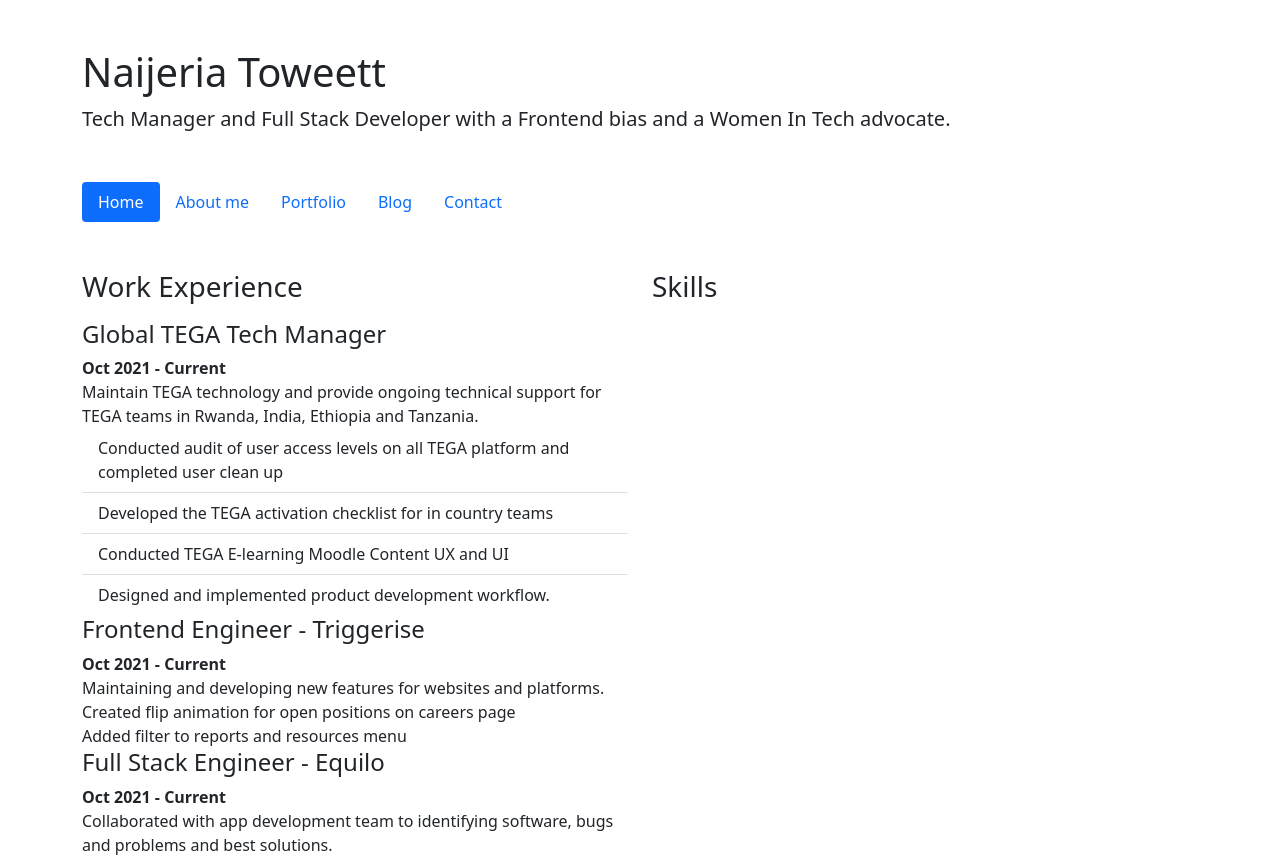
Repository: mamatechafrica/portfolio
Page: index.html
An editor plug-in stored every save of this project. The page is shown before and after a run of saves, followed by the edit.
The browser window is 1280 px wide. The pictures show the whole page.

Above is the page before, as saved 2022-01-04 16:15:02.

### index.html
<!doctype html>
<html lang="en">
    <head>
        <!-- Required meta tags -->
        <meta charset="utf-8">
        <meta name="viewport" content="width=device-width, initial-scale=1">

        <!-- Bootstrap CSS -->
        <link href="https://cdn.jsdelivr.net/npm/bootstrap@5.0.2/dist/css/bootstrap.min.css" rel="stylesheet" integrity="sha384-EVSTQN3/azprG1Anm3QDgpJLIm9Nao0Yz1ztcQTwFspd3yD65VohhpuuCOmLASjC" crossorigin="anonymous">

        <title>NashTheCoder portfolio</title>
    </head>
    <body>
        <div class="container my-5">
            <h1>Naijeria Toweett</h1>
            <p class="lead">
                Tech Manager and Full Stack Developer with a Frontend bias and a Women In Tech advocate.
            </p>
        </div>

        <div class="container">
            <nav>
                <ul class="nav nav-pills ">
                    <li class="nav-item">
                        <a class="nav-link active" aria-current="page" href="#">Home</a>
                    </li>
                    <li class="nav-item">
                        <a class="nav-link" href="#">About me</a>
                    </li>
                    <li class="nav-item">
                        <a class="nav-link" href="#">Portfolio</a>
                    </li>
                    <li class="nav-item">
                        <a class="nav-link" href="https://mumlovestech.com/" target="blank">Blog</a>
                    </li>
                    <li class="nav-item">
                        <a class="nav-link" href="#">Contact</a>
                    </li>
                </ul>
            </nav>
        </div>

        <div class="container mt-5">
            <div class="row">
                <div class="col">
                    <h3 class="mb-3">Work Experience</h3>

                    <h4>Global TEGA Tech Manager</h4>
                    <div>
                        <strong>Oct 2021 - Current</strong>
                    </div>
                        Maintain TEGA technology and provide ongoing technical support for
                        TEGA teams in Rwanda, India, Ethiopia and Tanzania.
                    <ul class="list-group list-group-flush">
                        <li class="list-group-item">Conducted audit of user access levels on all TEGA platform and completed user clean up</li>
                        <li class="list-group-item">Developed the TEGA activation checklist for in country teams</li>
                        <li class="list-group-item">Conducted TEGA E-learning Moodle Content UX and UI</li>
                        <li class="list-group-item">Designed and implemented product development workflow.</li>
                    </ul>
                    <!-- <h4>Girls In Tech Nairobi - Managing Director</h4>
                    <div>
                        <strong>Oct 2021 - Current</strong>
                    </div>
                        Engaging, educating and empowering women through TECH
                    <ul class="list-group list-group-flush">
                        <li class="list-group list-group-flush"></li>
                    </ul> -->
                    <h4>Frontend Engineer - Triggerise</h4>
                    <div>
                        <strong>Oct 2021 - Current</strong>
                    </div>
                        Maintaining and developing new features for websites and platforms.
                    <ul class="list-group list-group-flush">
                        <li class="list-group list-group-flush">Created flip animation for open positions on careers page</li>
                        <li class="list-group list-group-flush">Added filter to reports and resources menu</li>
                        <li class="list-group list-group-flush"></li>
                    </ul>
                    <h4>Full Stack Engineer - Equilo</h4>
                    <div>
                        <strong>Oct 2021 - Current</strong>
                    </div>
                        Collaborated with app development team to identifying software, bugs and problems and best solutions.
                    <ul class="list-group list-group-flush">
                        <li class="list-group list-group-flush"></li>
                    </ul>
                </div>
                <div class="col">
                    <h3 class="mb-3">Skills</h3>
                </div>
            </div>
        </div>

        <!-- Optional JavaScript; choose one of the two! -->

        <!-- Option 1: Bootstrap Bundle with Popper -->
        <script src="https://cdn.jsdelivr.net/npm/bootstrap@5.0.2/dist/js/bootstrap.bundle.min.js" integrity="sha384-MrcW6ZMFYlzcLA8Nl+NtUVF0sA7MsXsP1UyJoMp4YLEuNSfAP+JcXn/tWtIaxVXM" crossorigin="anonymous"></script>

        <!-- Option 2: Separate Popper and Bootstrap JS -->
        <!--
        <script src="https://cdn.jsdelivr.net/npm/@popperjs/core@2.9.2/dist/umd/popper.min.js" integrity="sha384-IQsoLXl5PILFhosVNubq5LC7Qb9DXgDA9i+tQ8Zj3iwWAwPtgFTxbJ8NT4GN1R8p" crossorigin="anonymous"></script>
        <script src="https://cdn.jsdelivr.net/npm/bootstrap@5.0.2/dist/js/bootstrap.min.js" integrity="sha384-cVKIPhGWiC2Al4u+LWgxfKTRIcfu0JTxR+EQDz/bgldoEyl4H0zUF0QKbrJ0EcQF" crossorigin="anonymous"></script>
        -->
    </body>
</html>

After the next 3 saves:
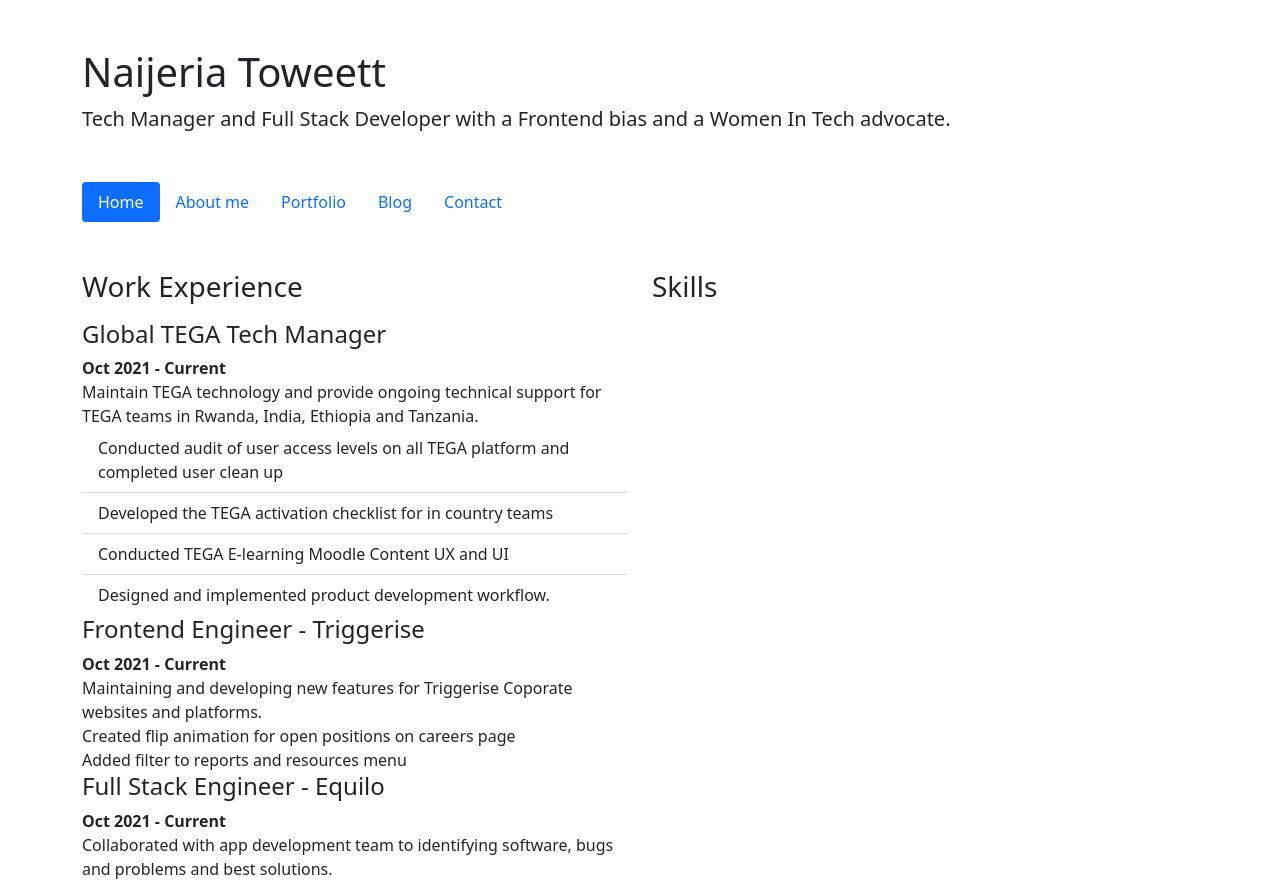
The 3 saves are shown as one change because they came seconds apart.
The last was saved 16 s later.
--- a/index.html
+++ b/index.html
@@ -69,7 +69,7 @@
                     <div>
                         <strong>Oct 2021 - Current</strong>
                     </div>
-                        Maintaining and developing new features for websites and platforms.
+                        Maintaining and developing new features for Triggerise Coporate websites and platforms.
                     <ul class="list-group list-group-flush">
                         <li class="list-group list-group-flush">Created flip animation for open positions on careers page</li>
                         <li class="list-group list-group-flush">Added filter to reports and resources menu</li>
